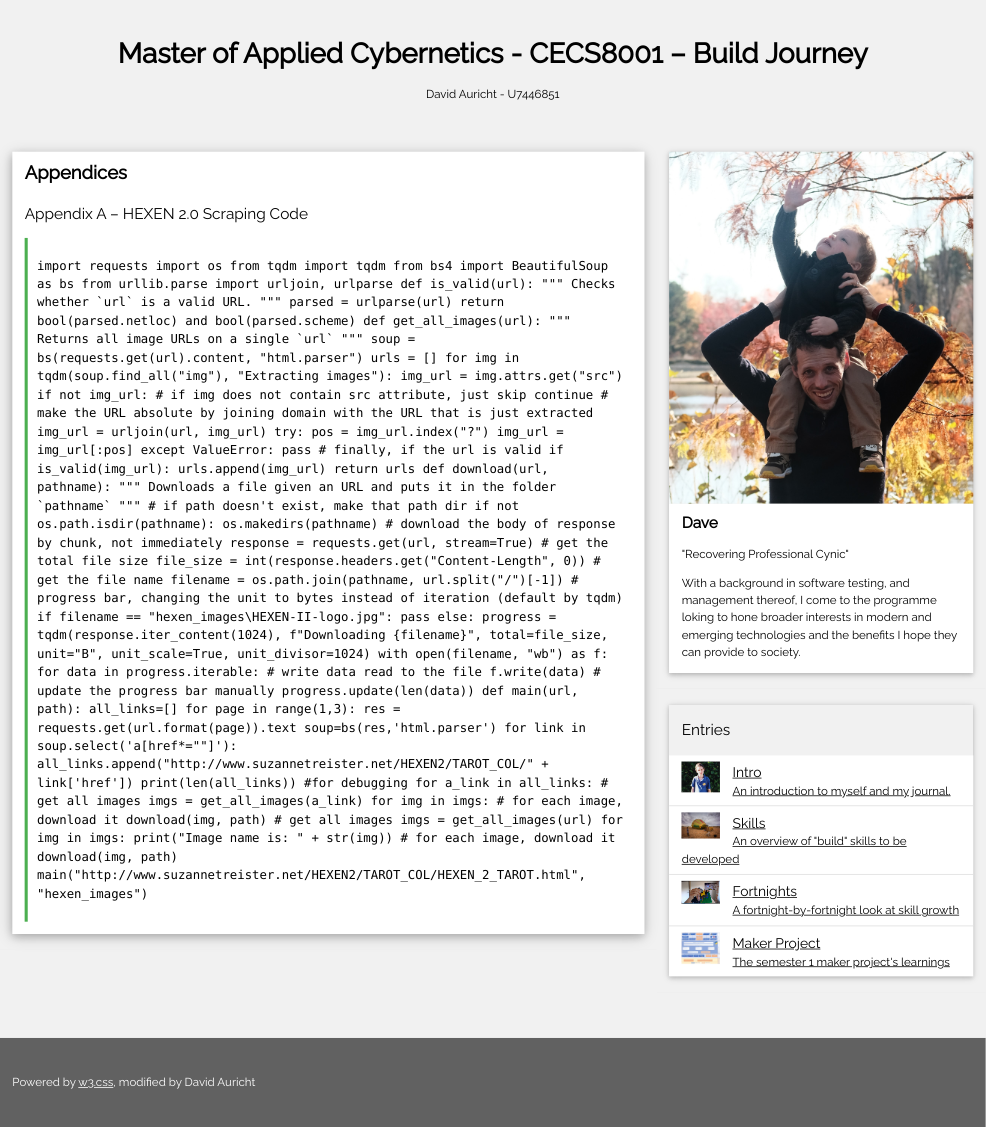
Repository: TodaysSawyer/cecs_8001_journal
Page: CECS_8001_build_journal/appendices.html
An editor plug-in stored every save of this project. The page is shown before and after the next save, followed by the edit.
The browser window is 1280 px wide. The pictures show the whole page, at 77% of full size.

Above is the page before, as saved 2022-08-23 11:05:00.

### CECS_8001_build_journal/appendices.html
<!--Site layout and design credit goes to W3 Schools' "Blog template" from https://www.w3schools.com/w3css/tryw3css_templates_blog.htm-->
<!--Modifications and content by David Auricht-->

<!DOCTYPE html>
<html>
<head>
<title>David Auricht's Cybernetics Build Journal</title>
<meta charset="UTF-8">
<meta name="viewport" content="width=device-width, initial-scale=1">
<link rel="stylesheet" href="https://www.w3schools.com/w3css/4/w3.css">
<link rel="stylesheet" href="https://fonts.googleapis.com/css?family=Raleway">
<style>
body,h1,h2,h3,h4,h5 {font-family: "Raleway", sans-serif}
</style>
</head>
<body class="w3-light-grey">

<!-- w3-content defines a container for fixed size centered content,
and is wrapped around the whole page content, except for the footer in this example -->
<div class="w3-content" style="max-width:1400px">

<!-- Header -->
<header class="w3-container w3-center w3-padding-32">
  <h1><b>Master of Applied Cybernetics - CECS8001 – Build Journey</b></h1>
  <p>David Auricht - U7446851</p>
</header>

<!-- Grid -->
<div class="w3-row">

<!-- Blog entries -->
<div class="w3-col l8 s12">
  <!-- Blog entry -->
  <div class="w3-card-4 w3-margin w3-white">
    <div class="w3-container">
      <h3><b>Appendices</b></h3>
    </div>

    <div class="w3-container">
      <h4>Appendix A – HEXEN 2.0 Scraping Code</h4>
      <div class="w3-code">
        <p>import requests
          import os
          from tqdm import tqdm
          from bs4 import BeautifulSoup as bs
          from urllib.parse import urljoin, urlparse

          def is_valid(url):
              """
              Checks whether `url` is a valid URL.
              """
              parsed = urlparse(url)
              return bool(parsed.netloc) and bool(parsed.scheme)

          def get_all_images(url):
              """
              Returns all image URLs on a single `url`
              """
              soup = bs(requests.get(url).content, "html.parser")
              urls = []
              for img in tqdm(soup.find_all("img"), "Extracting images"):
                  img_url = img.attrs.get("src")
                  if not img_url:
                     # if img does not contain src attribute, just skip
                      continue
                 # make the URL absolute by joining domain with the URL that is just extracted
                  img_url = urljoin(url, img_url)
                  try:
                      pos = img_url.index("?")
                      img_url = img_url[:pos]
                  except ValueError:
                      pass
                  # finally, if the url is valid
                  if is_valid(img_url):
                      urls.append(img_url)
              return urls

          def download(url, pathname):
              """
              Downloads a file given an URL and puts it in the folder `pathname`
              """
              # if path doesn't exist, make that path dir
              if not os.path.isdir(pathname):
                  os.makedirs(pathname)
              # download the body of response by chunk, not immediately
              response = requests.get(url, stream=True)
              # get the total file size
              file_size = int(response.headers.get("Content-Length", 0))
              # get the file name
              filename = os.path.join(pathname, url.split("/")[-1])
              # progress bar, changing the unit to bytes instead of iteration (default by tqdm)
              if filename == "hexen_images\HEXEN-II-logo.jpg":
                  pass
              else:
                  progress = tqdm(response.iter_content(1024), f"Downloading {filename}", total=file_size, unit="B", unit_scale=True, unit_divisor=1024)
                  with open(filename, "wb") as f:
                      for data in progress.iterable:
                          # write data read to the file
                          f.write(data)
                          # update the progress bar manually
                          progress.update(len(data))

          def main(url, path):
              all_links=[]
              for page in range(1,3):
                  res = requests.get(url.format(page)).text
                  soup=bs(res,'html.parser')
                  for link in soup.select('a[href*=""]'):
                      all_links.append("http://www.suzannetreister.net/HEXEN2/TAROT_COL/" + link['href'])

              print(len(all_links))   #for debugging
              for a_link in all_links:
                      # get all images
                  imgs = get_all_images(a_link)
                  for img in imgs:
                      # for each image, download it
                      download(img, path)

              # get all images
              imgs = get_all_images(url)
              for img in imgs:
                  print("Image name is: " + str(img))
                  # for each image, download it
                  download(img, path)

          main("http://www.suzannetreister.net/HEXEN2/TAROT_COL/HEXEN_2_TAROT.html", "hexen_images")
          </p>
      </div>
  </div>
  </div>
  <hr>
<!-- END BLOG ENTRIES -->
</div>

<!-- Sidebar -->
<div class="w3-col l4">
  <!-- About Card -->
  <div class="w3-card w3-margin w3-margin-top">
  <img src="home_dave_profile.jpg" style="width:100%">
    <div class="w3-container w3-white">
      <h4><b>Dave</b></h4>
      <p>"Recovering Professional Cynic"</p>
      <p>With a background in software testing, and management thereof, I come to the programme loking to hone broader interests in modern and emerging technologies and the benefits I hope they can provide to society.</p>
    </div>
  </div><hr>

  <!-- Posts -->
  <div class="w3-card w3-margin">
    <div class="w3-container w3-padding">
      <h4>Entries</h4>
    </div>
    <ul class="w3-ul w3-hoverable w3-white">
      <li>
         <a href="index.html" target="_self">
         <img src="sidebar_intro_icon.jpg" alt="Image" class="w3-left w3-margin-right" style="width:50px">
         <span class="w3-large">Intro</span><br>
         <span>An introduction to myself and my journal.</span>
         </a>
      </li>
      <li>
        <a href="skills.html" target="_self">
        <img src="skills_balloon.jpg" alt="Image" class="w3-left w3-margin-right" style="width:50px">
        <span class="w3-large">Skills</span><br>
        <span>An overview of "build" skills to be developed</span>
        </a>
     </li>
      <li>
        <a href="fortnights.html" target="_self">
        <img src="fortnights_f4_screenshot.jpg" alt="Image" class="w3-left w3-margin-right" style="width:50px">
        <span class="w3-large">Fortnights</span><br>
        <span>A fortnight-by-fortnight look at skill growth</span>
        </a>
     </li>
     <li>
      <a href="maker_project.html" target="_self">
      <img src="maker_schematic.jpg" alt="Image" class="w3-left w3-margin-right" style="width:50px">
      <span class="w3-large">Maker Project</span><br>
      <span>The semester 1 maker project's learnings</span>
      </a>
   </li>
    </ul>
  </div>
  <hr>

<!-- END Sidebar -->
</div>

<!-- END GRID -->
</div><br>

<!-- END w3-content -->
</div>

<!-- Footer -->
<footer class="w3-container w3-dark-grey w3-padding-32 w3-margin-top">
  <p>Powered by <a href="https://www.w3schools.com/w3css/default.asp" target="_blank">w3.css</a>, modified by David Auricht</p>
</footer>

</body>
</html>

After the next save:
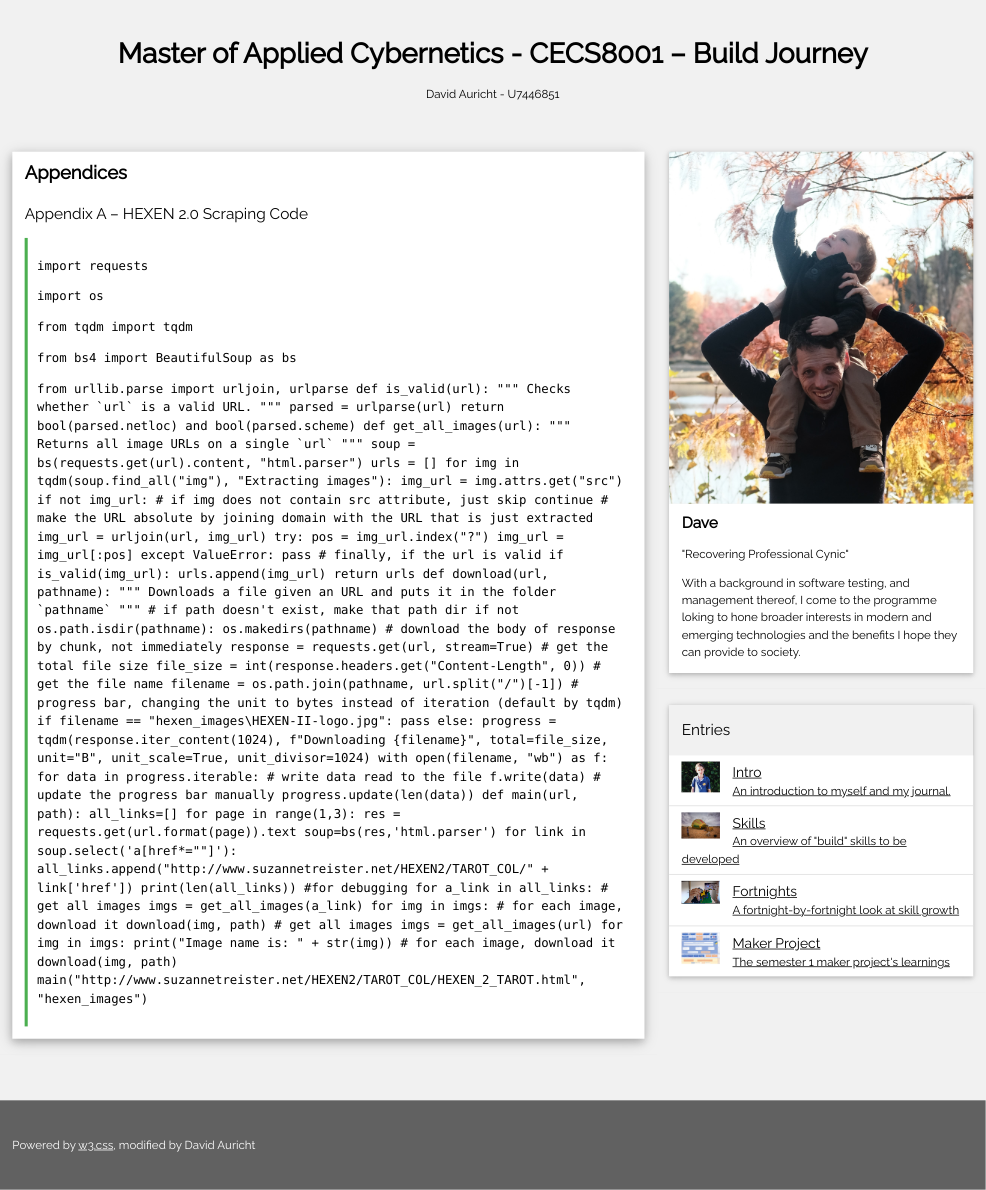
Saved 48 s later.
--- a/CECS_8001_build_journal/appendices.html
+++ b/CECS_8001_build_journal/appendices.html
@@ -39,11 +39,11 @@ and is wrapped around the whole page content, except for the footer in this exam
     <div class="w3-container">
       <h4>Appendix A – HEXEN 2.0 Scraping Code</h4>
       <div class="w3-code">
-        <p>import requests
-          import os
-          from tqdm import tqdm
-          from bs4 import BeautifulSoup as bs
-          from urllib.parse import urljoin, urlparse
+        <p>import requests</p>
+        <p>import os</p>
+        <p>from tqdm import tqdm</p>
+        <p>from bs4 import BeautifulSoup as bs</p>
+        <p>from urllib.parse import urljoin, urlparse
 
           def is_valid(url):
               """
